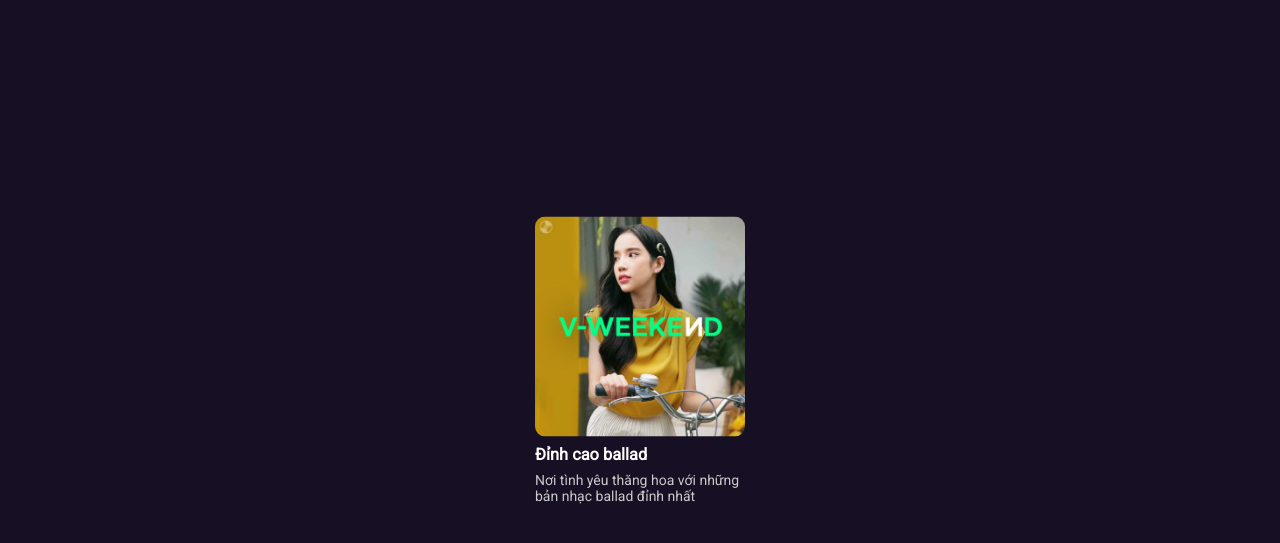
Repository: kaza1509/mp3
Page: index.html
The author's editor kept a copy of each file at every save. The page is drawn from the files as they stood at one save, then again after the next save.
The browser window is 1280 px wide. The pictures show the whole page.

Above is the page before, as saved 2021-11-30 17:24:25.

After the next save:
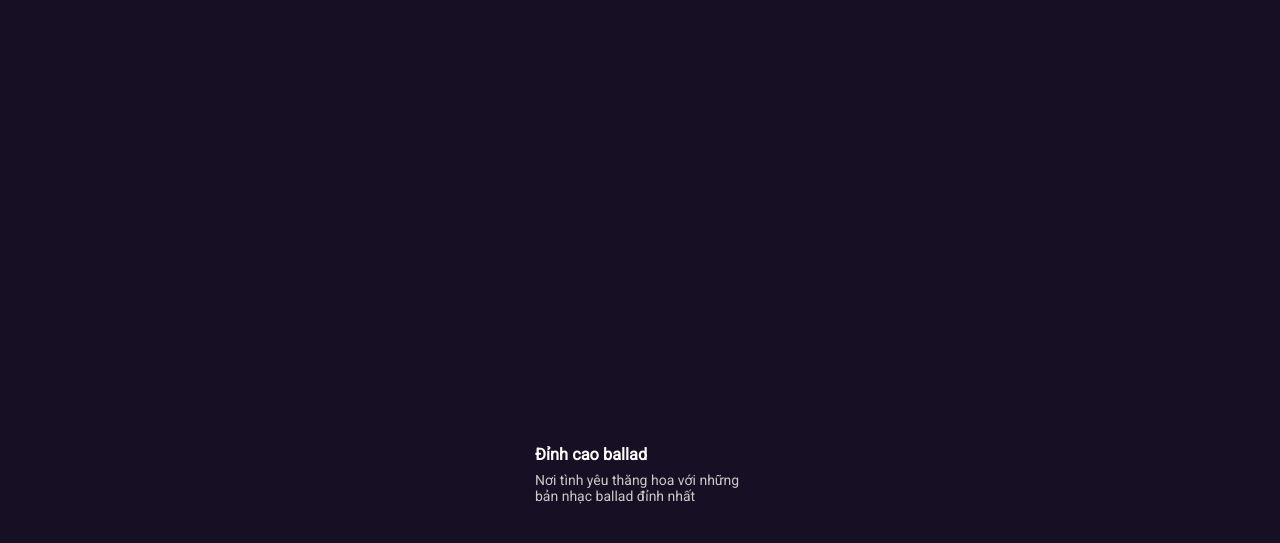
Saved 55 s later.
--- a/index.html
+++ b/index.html
@@ -28,7 +28,7 @@
                         <i class="material-icons i3" title="Khác">more_horiz</i>
                     </li>
                 </ul>
-                <img src="./assets/img/mp3.jpg" alt="img">
+                <!-- <img src="./assets/img/mp3.jpg" alt="img"> -->
             </div>
 
             <div class="container-bottom">
